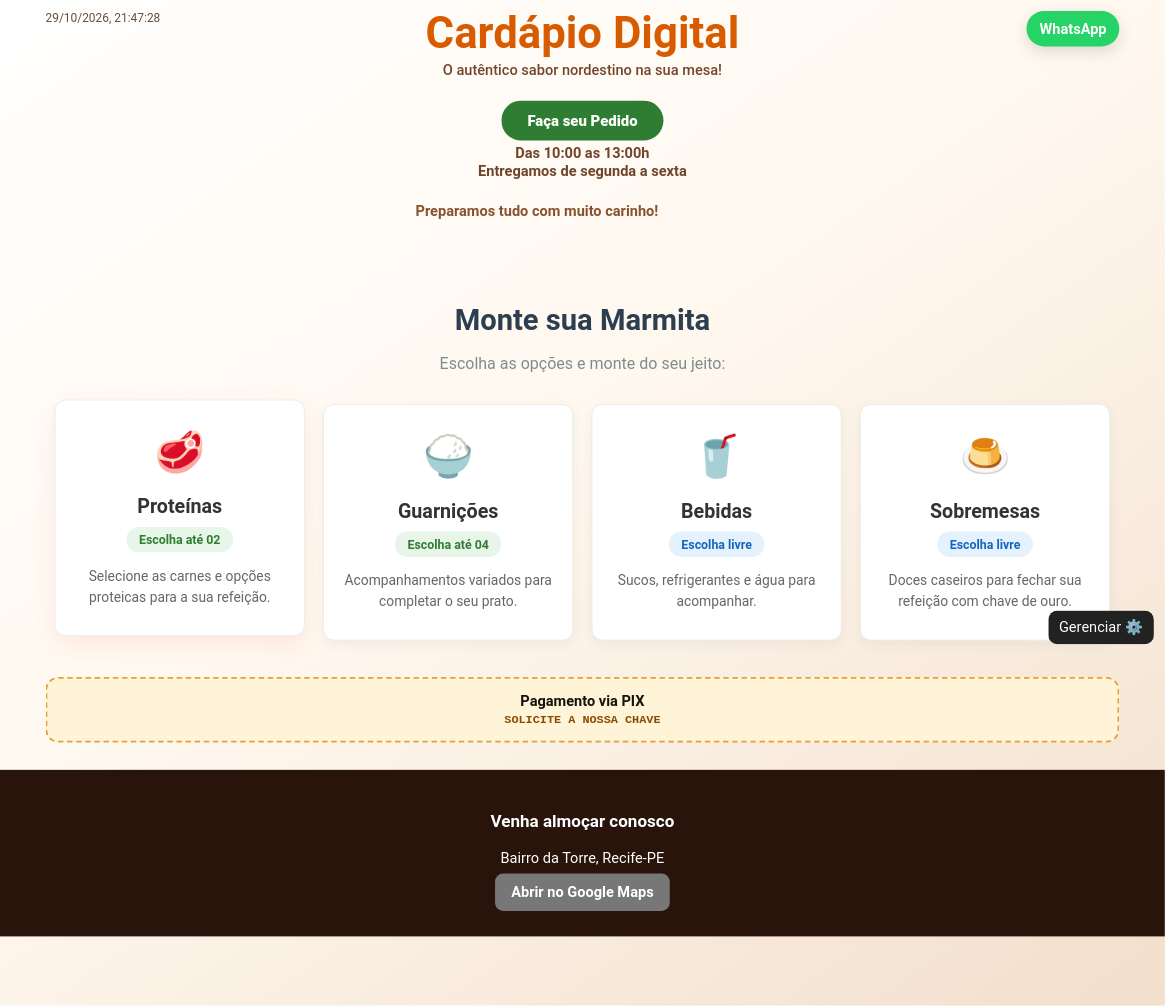
Repository: JeffRodFer/sd-copy-01-frontend
Page: index.html
These files come from the project's save history. The page is drawn as it stood at one moment and after the next save; the edit follows.
The browser window is 1280 px wide. The pictures show the whole page, at 91% of full size.
The pointer rests on the first visible `.category-card`.
The page's requests for data from a server got no answer.

Above is the page before, as saved 2026-10-30 11:20:47.

After the next save:
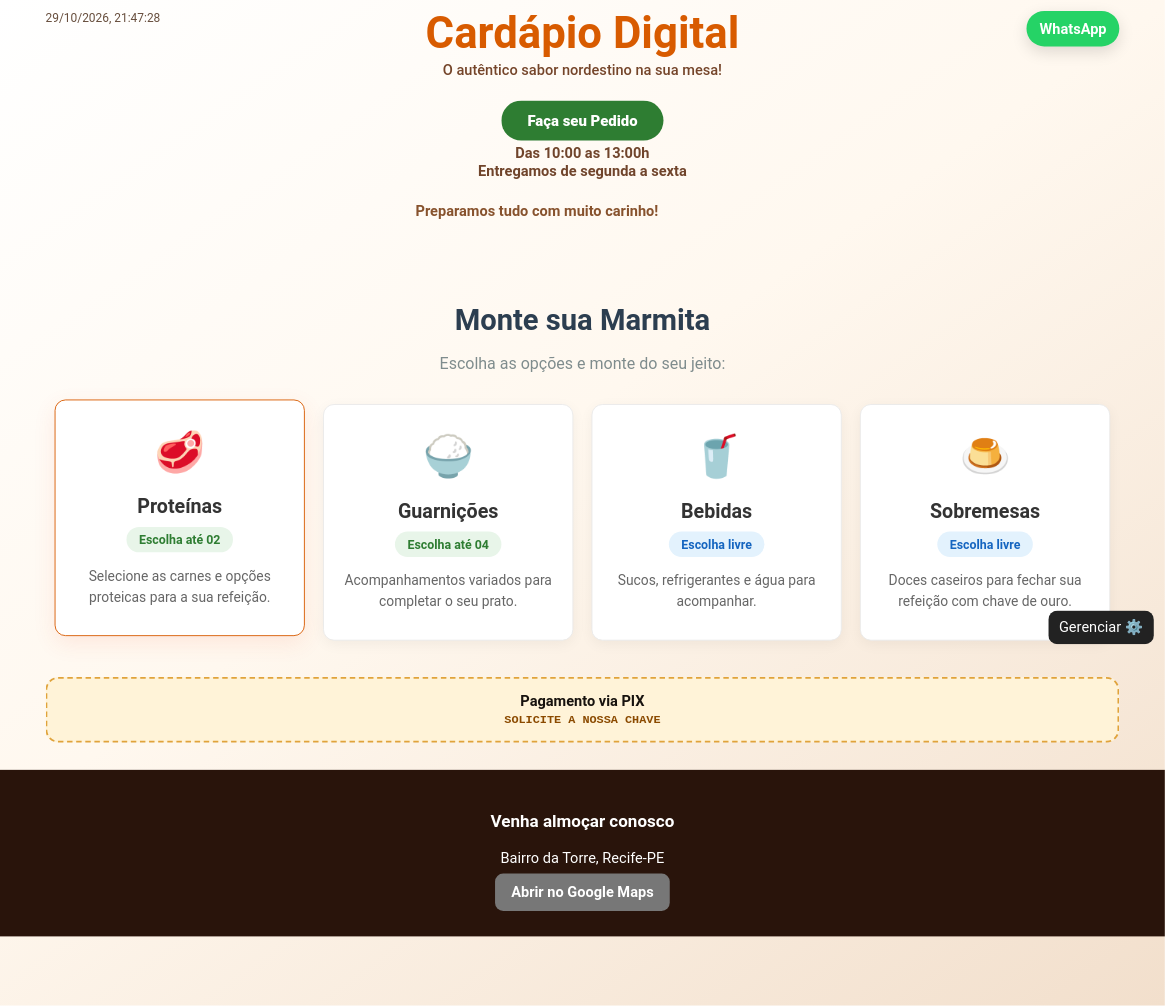
Saved 6 s later.
--- a/style.css
+++ b/style.css
@@ -317,7 +317,7 @@
 .category-card:hover {
   transform: translateY(-5px);
   box-shadow: 0 8px 25px rgba(233, 83, 46, 0.1);
-  border-color: ;
+  border-color: #d85b00;
 }
 
 .category-icon {

After the save that followed:
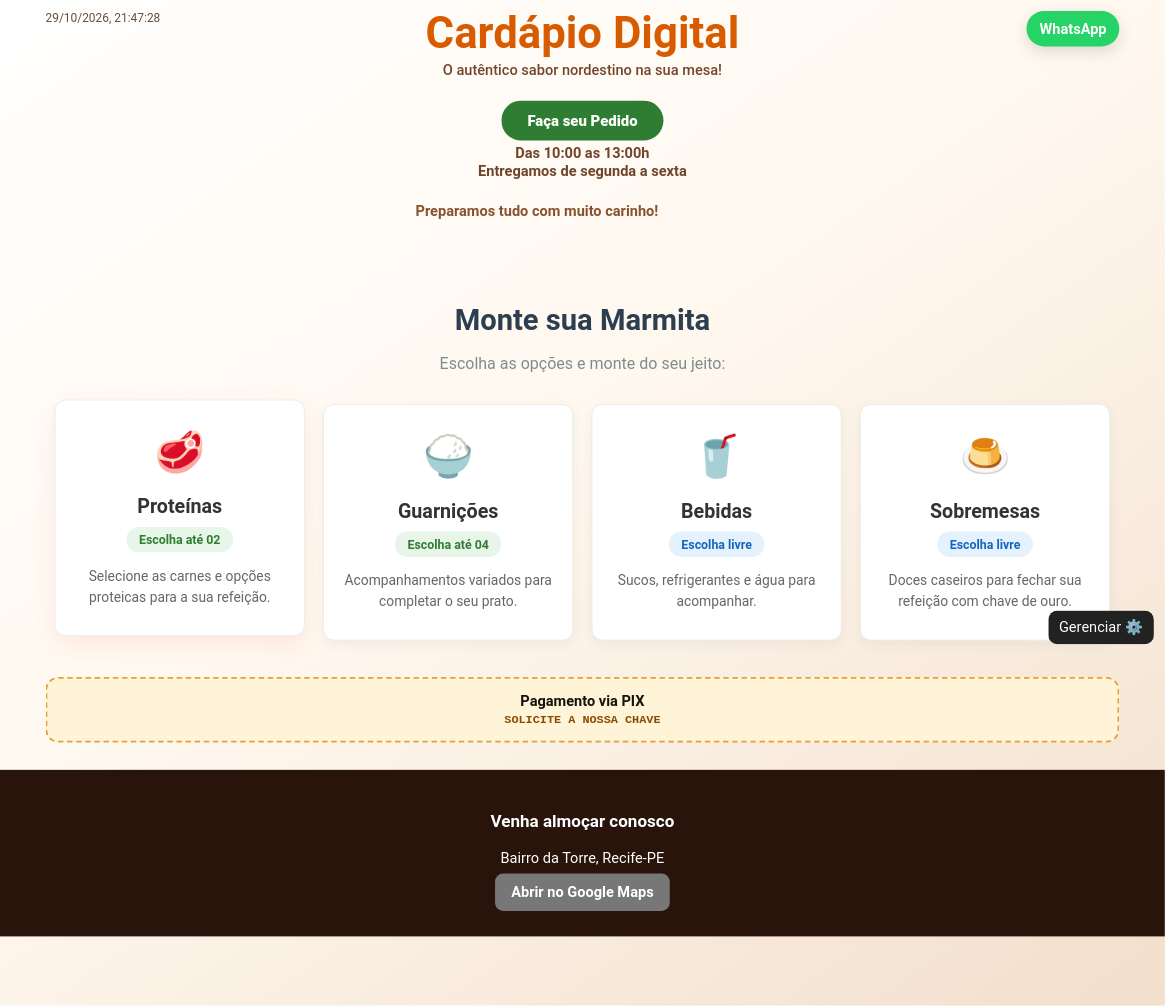
Saved 6 s later.
--- a/style.css
+++ b/style.css
@@ -317,7 +317,7 @@
 .category-card:hover {
   transform: translateY(-5px);
   box-shadow: 0 8px 25px rgba(233, 83, 46, 0.1);
-  border-color: #d85b00;
+  border-color: 2px #d85b00;
 }
 
 .category-icon {
